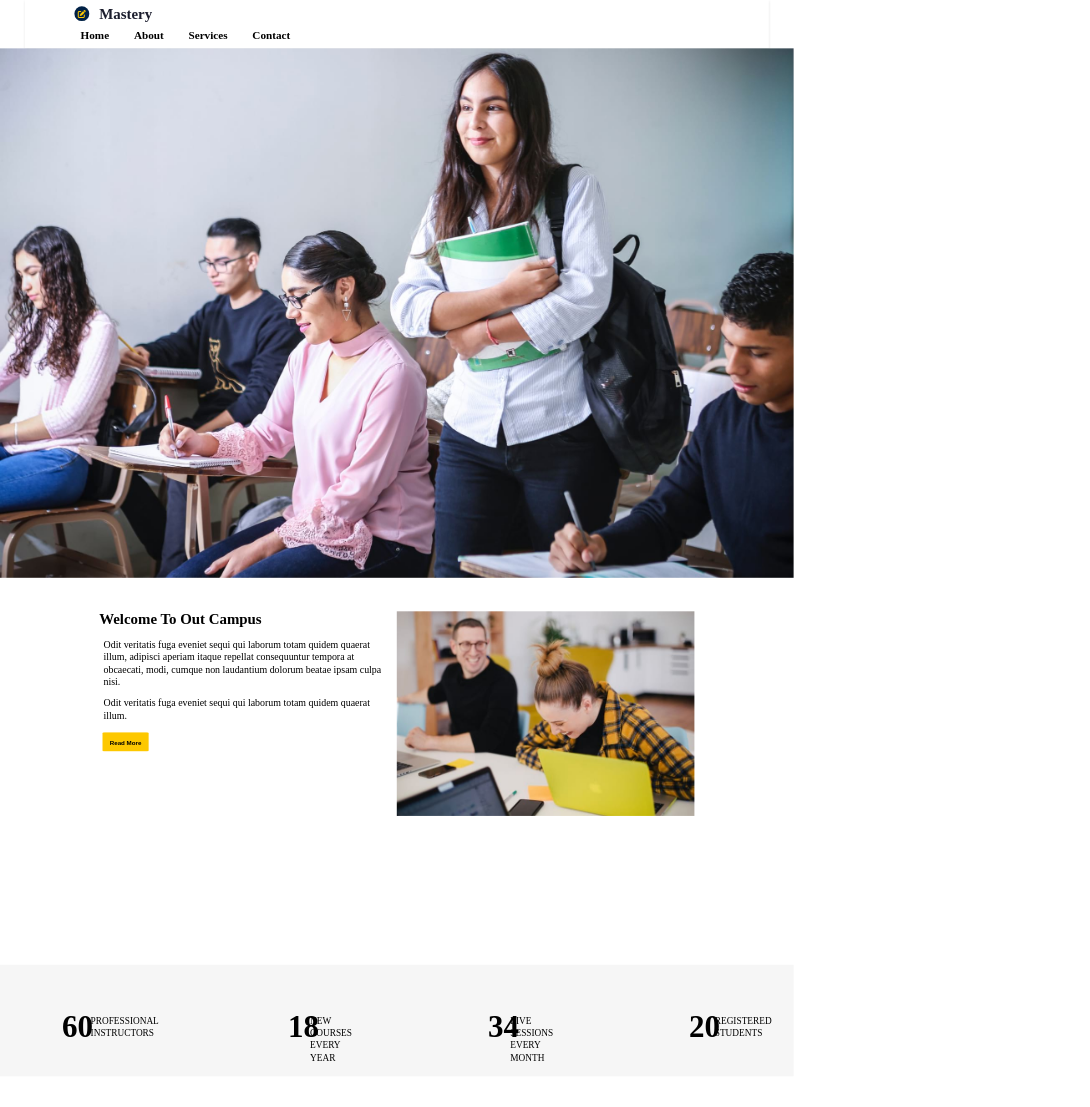
Repository: trminhphuc1504/Mastery
Page: index.html
These files come from the project's save history. The page is drawn as it stood at one moment and after the next save; the edit follows.
The browser window is 1280 px wide. The page is 1358 px wide, then 1758 px, then 1358 px, so the pictures cover 1758 px, including what lies to the right of the window. The pictures show the whole page, at 62% of full size.
Some web libraries are served in a nearby version.

Above is the page before, as saved 2024-08-24 12:40:27.

After the next save:
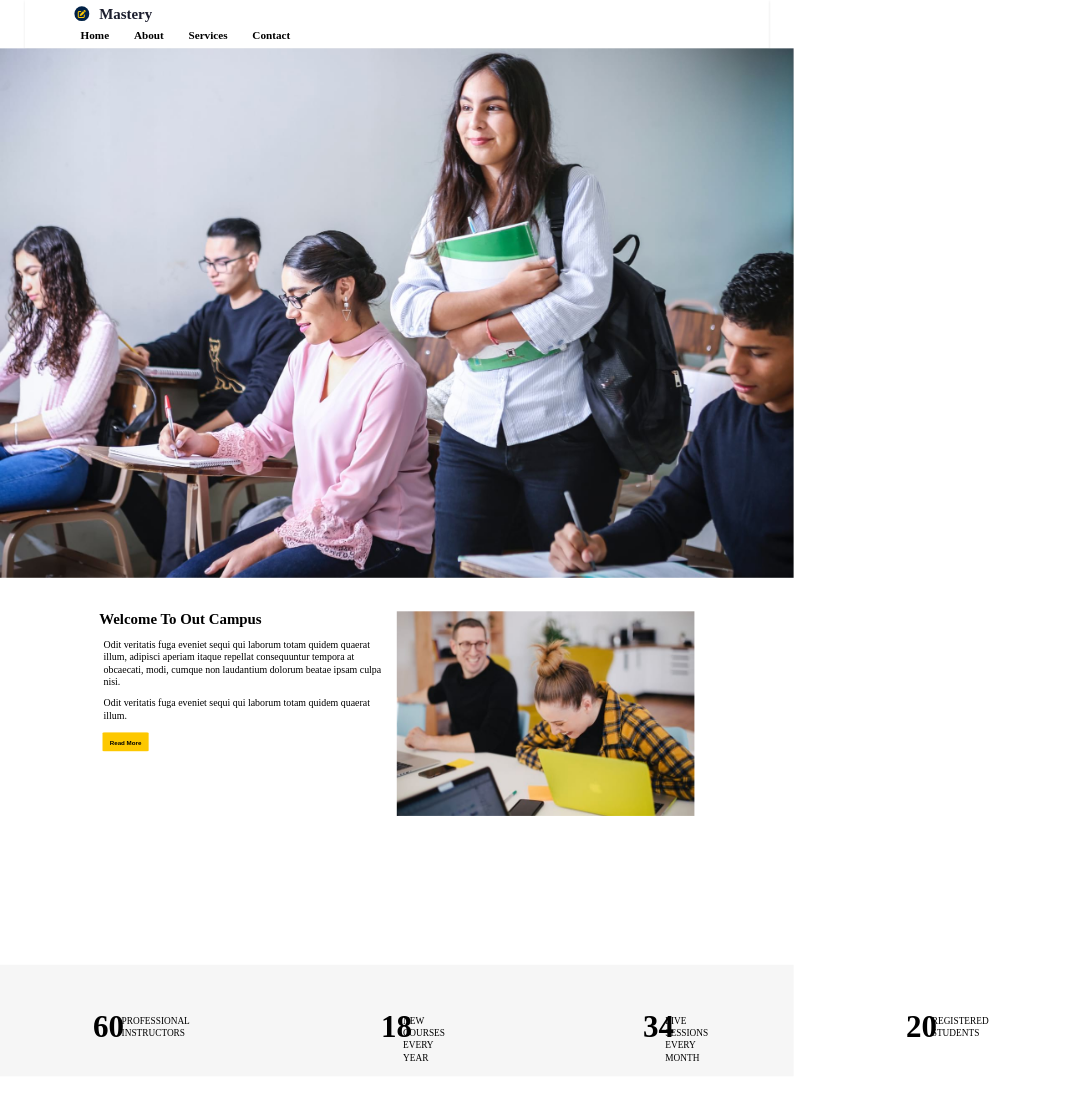
Saved 65 s later.
--- a/css/style.css
+++ b/css/style.css
@@ -160,7 +160,7 @@
 .content-content .content-item{
     display: flex;
     gap:5px;
-    padding: 70px 100px;
+    padding: 70px 150px;
     width: calc((100% - calc(var(--number-item) - 1) * var(--gap)) / var(--number-item));
 }
 

After the save that followed:
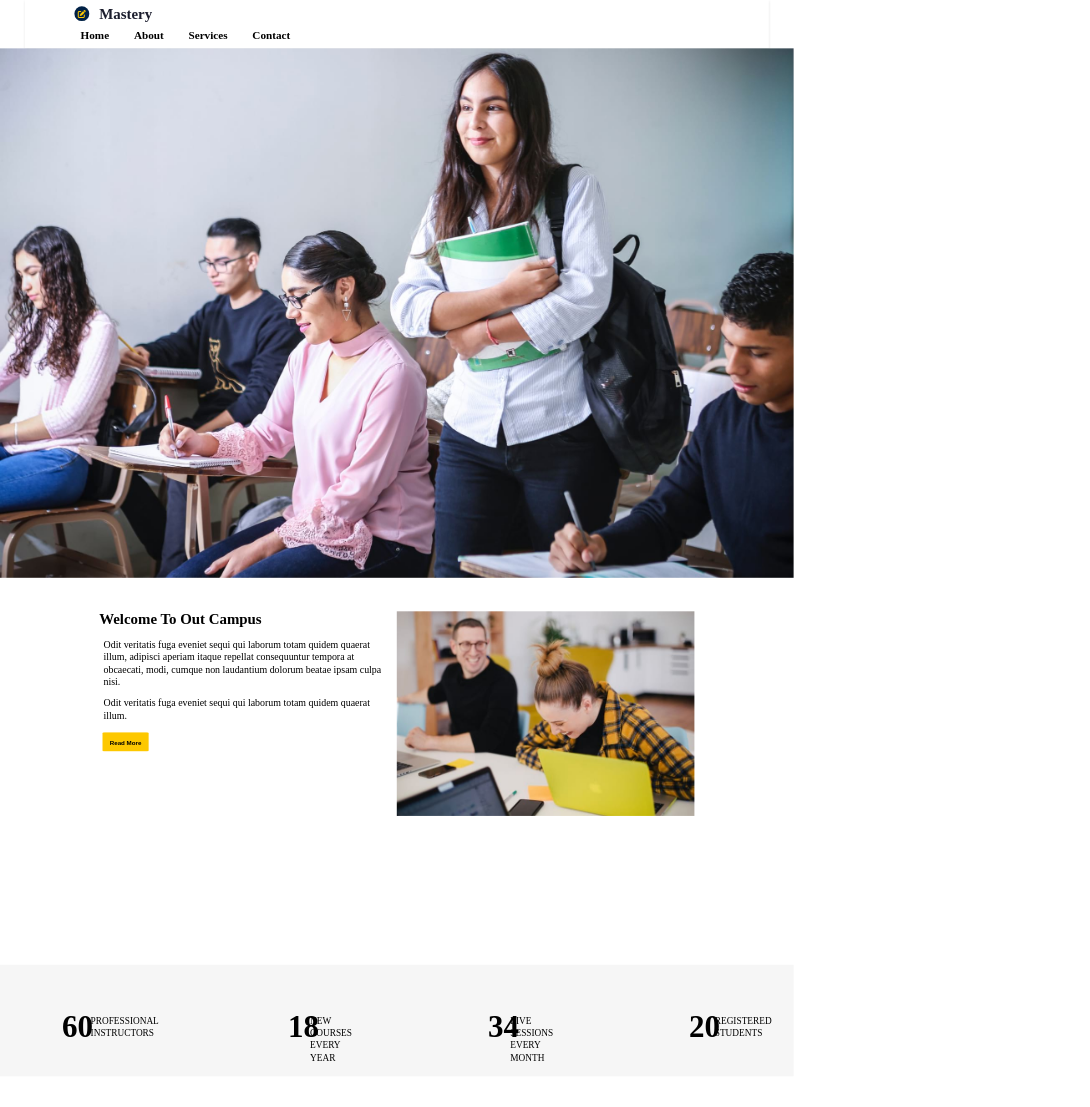
Saved 5 s later.
--- a/css/style.css
+++ b/css/style.css
@@ -160,7 +160,7 @@
 .content-content .content-item{
     display: flex;
     gap:5px;
-    padding: 70px 150px;
+    padding: 70px 100px;
     width: calc((100% - calc(var(--number-item) - 1) * var(--gap)) / var(--number-item));
 }
 
